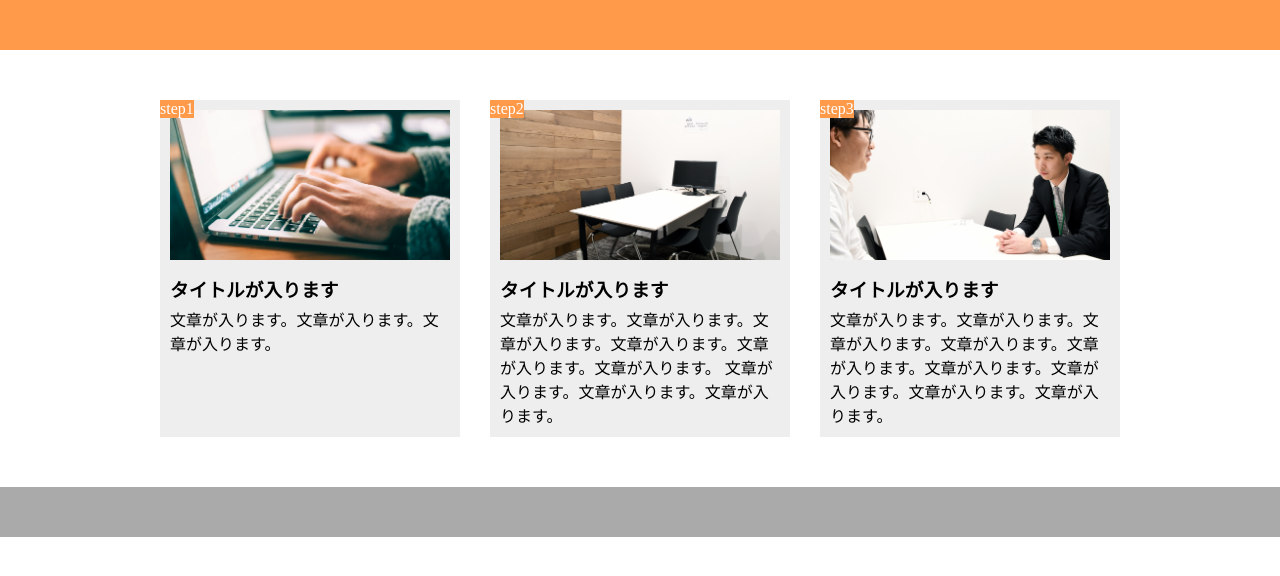
Repository: miho-baba/chapter10.1
Page: chapter9/chapter9.html
The author's editor kept a record of every edit. The page is drawn from the files as they stood at one moment, then again after the next edit.
The browser window is 1280 px wide. The pictures show the whole page.

Above is the page before.

After the next edit:
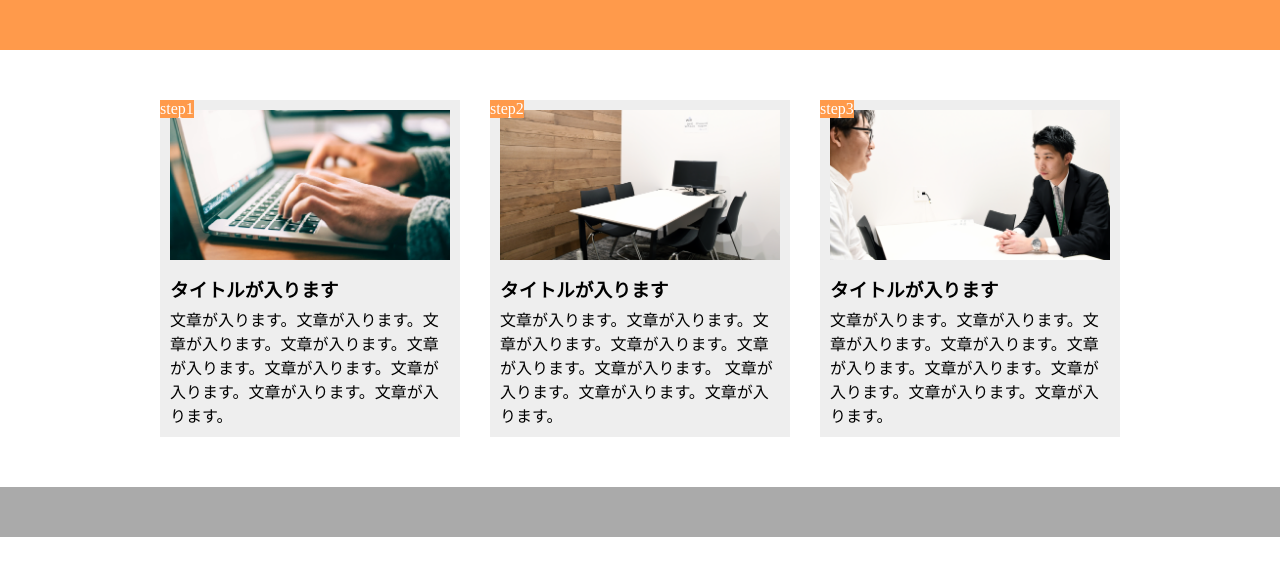
The edit:
--- a/chapter9/chapter9.html
+++ b/chapter9/chapter9.html
@@ -14,7 +14,7 @@
         <span class="step-num">step1</span>
         <h3 class="title">タイトルが入ります</h3>
         <p class="text">
-          文章が入ります。文章が入ります。文章が入ります。
+          文章が入ります。文章が入ります。文章が入ります。文章が入ります。文章が入ります。文章が入ります。文章が入ります。文章が入ります。文章が入ります。
         </p>
       </div>
 
